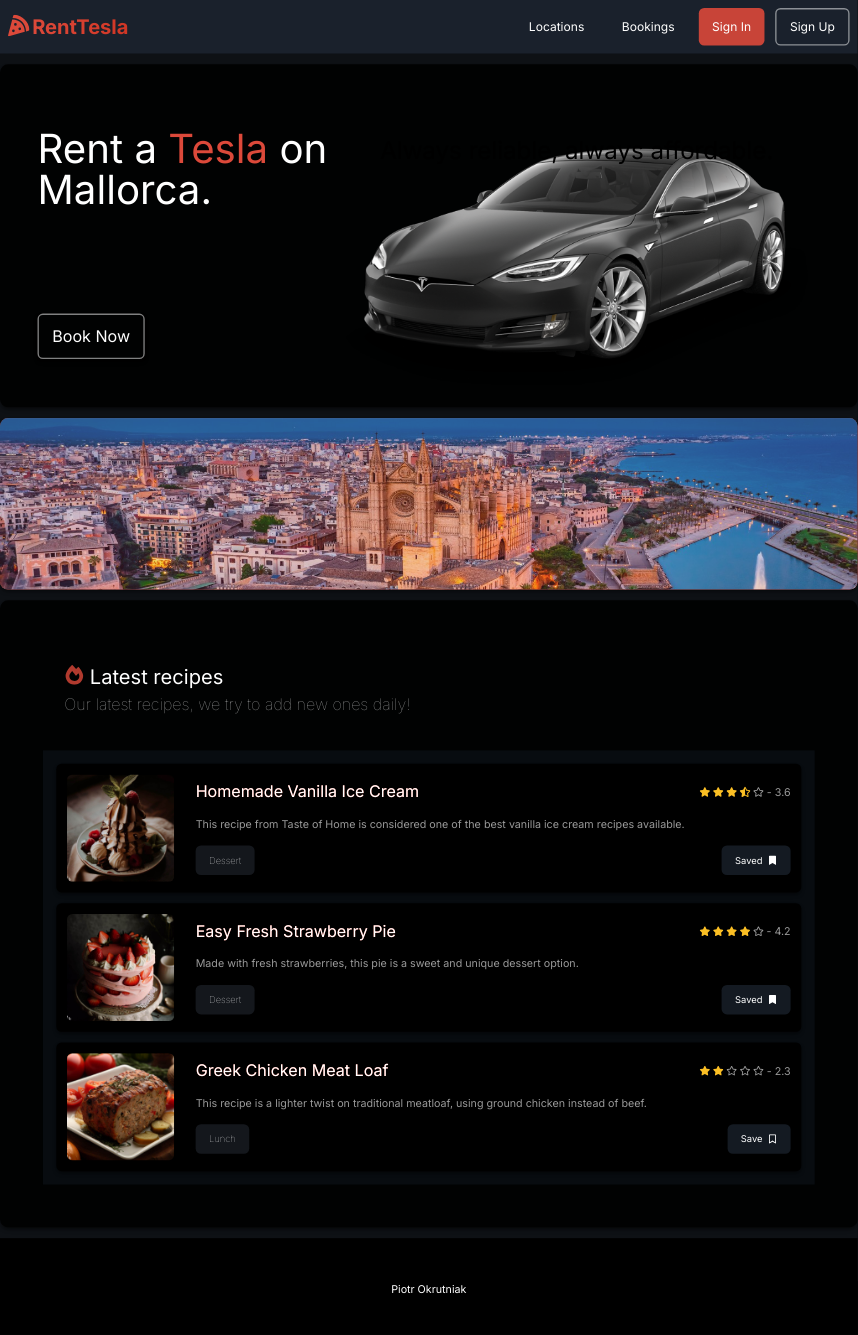
Repository: piotrokrutniak/RentallApp.UI
Page: /
These files come from the project's save history. The page is drawn as it stood at one moment and after the next save; the edit follows.
The browser window is 1280 px wide. The pictures show the whole page, at 67% of full size.
The project was rebuilt for these pictures with package versions that can differ from the ones it lists, and the page was loaded fresh each time. The framework's server and built-in components were replaced by stand-ins that run in the browser. Also part of the build but not shown: next.config.js.

Above is the page before, as saved 2023-10-05 21:12:51.

After the next save:
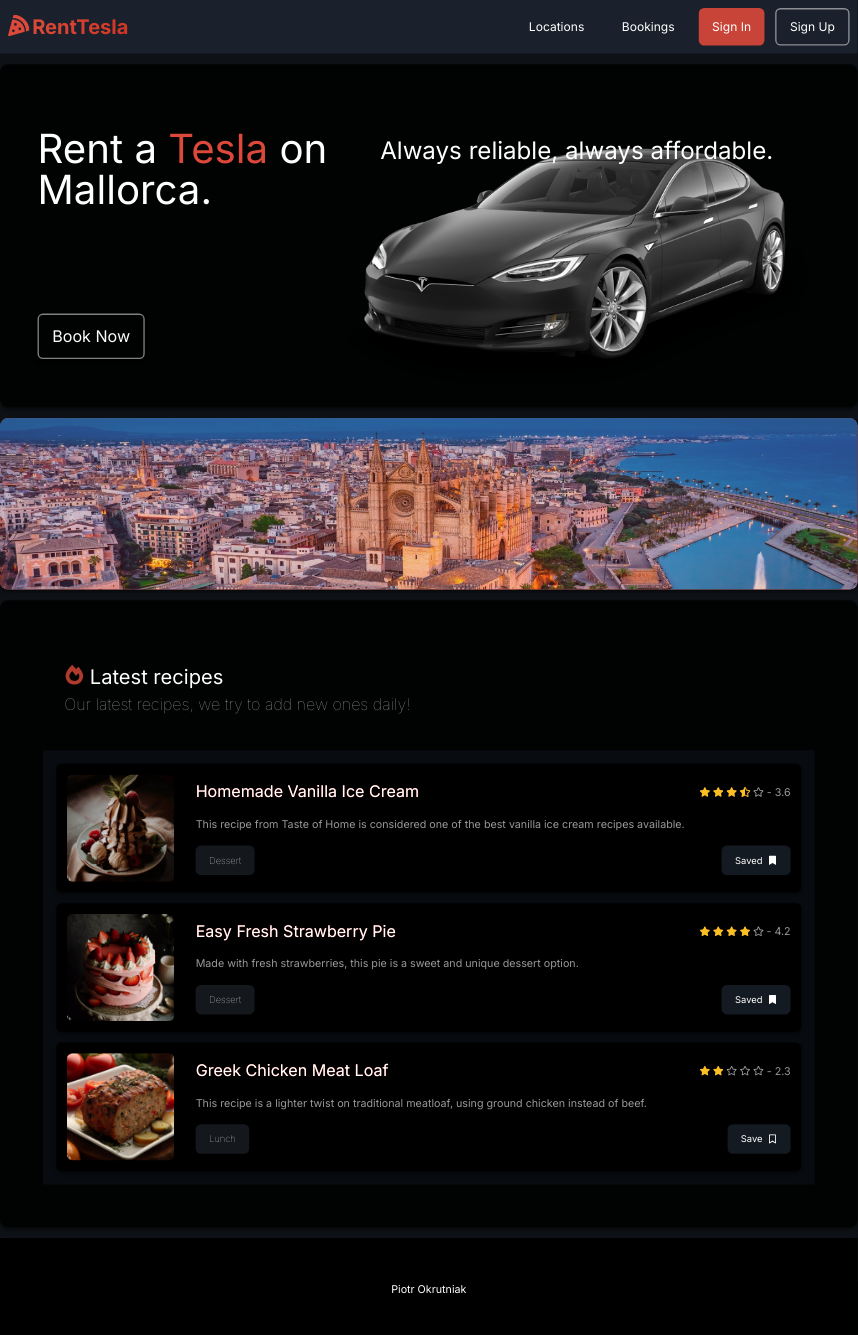
Saved 7 s later.
--- a/src/app/page.tsx
+++ b/src/app/page.tsx
@@ -30,7 +30,7 @@
           </div>
           <div className="relative w-full h-96 left-0 flex gap-10 pt-3 overflow-x-auto m-auto justify-around select-none pb-10">
               <Image src={tesla} layout="fill" objectFit="contain" alt="Breakfast Photo" className="h-96 group-hover:opacity-50"/>
-              <h1 className="absolute text-4xl z-10">Always reliable, always affordable.</h1>
+              <h1 className="absolute text-4xl z-10 text-white">Always reliable, always affordable.</h1>
           </div>
         </div>
       </section>
